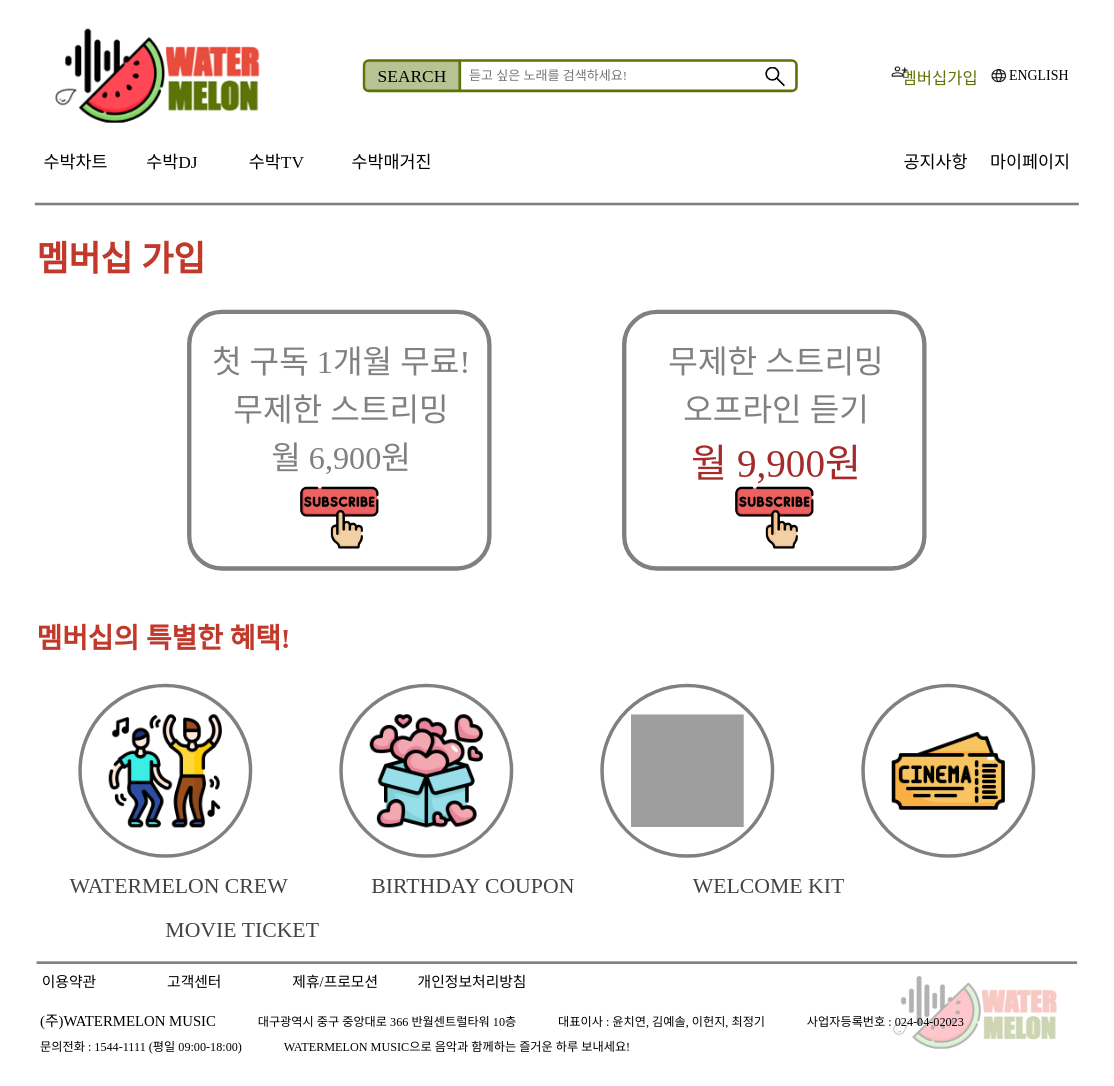
Repository: anchobb/TEAM_STS
Page: http://localhost/PJ_TEAM01/WEB-INF/views/membership.jsp
An editor plug-in stored every save of this project. The page is shown before and after the next save, followed by the edit.
The browser window is 1280 px wide. The pictures show the whole page, at 87% of full size.
Pictures or frames that could not be fetched are drawn as grey boxes. Some web fonts or font styles are not loaded; a fallback is used. Some web libraries are served in a nearby version. The page is served by Tomcat 9. Nobody is signed in. The template is opened directly, without the code that normally fills it, so the values that code supplies are empty.

Above is the page before, as saved 2023-09-11 11:48:48.
Console error: TypeError: Cannot read properties of null (reading 'addEventListener')

After the next save:
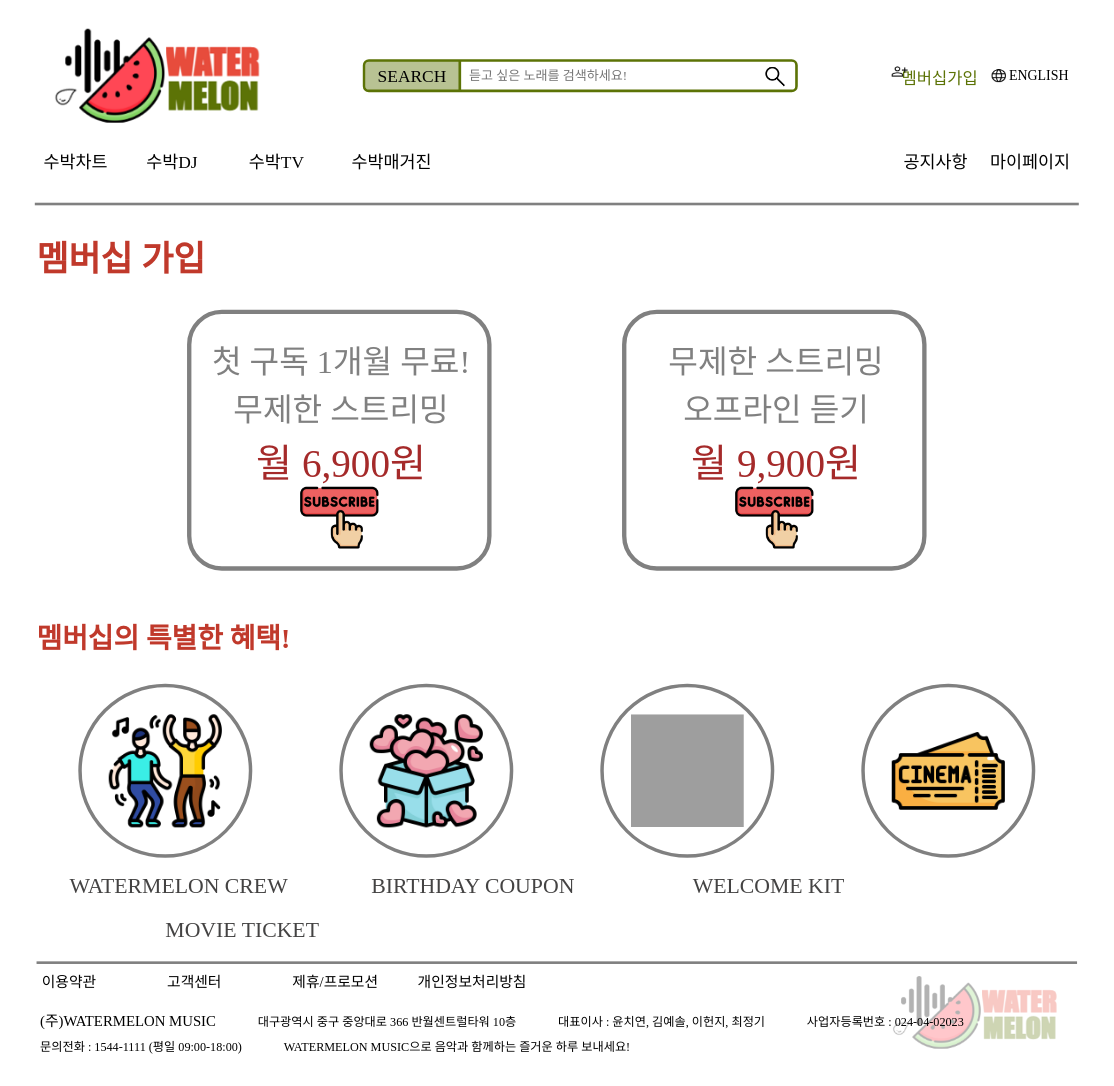
Saved 39 s later.
--- a/PJ_TEAM01/src/main/webapp/resources/static/css/membership_Page.css
+++ b/PJ_TEAM01/src/main/webapp/resources/static/css/membership_Page.css
@@ -49,7 +49,7 @@
     cursor: pointer;
 }
 
-.ms_pay .subscribe_1>span, .subscribe_2>span {
+.ms_pay .subscribe_1>span {
     display: block;
     width: 300px;
     height: 50px;
@@ -59,7 +59,23 @@
 
 }
 
-.ms_pay .subscribe_1,.subscribe_2>#price {
+.ms_pay .subscribe_2>span {
+    display: block;
+    width: 300px;
+    height: 50px;
+    font-size: 37px;
+    color: gray;
+    margin-top: 5px;
+
+}
+
+.ms_pay .subscribe_1>#price {
+    display: block;
+    font-size: 45px;
+    color: brown;
+}
+
+.ms_pay .subscribe_2>#price {
     display: block;
     font-size: 45px;
     color: brown;
